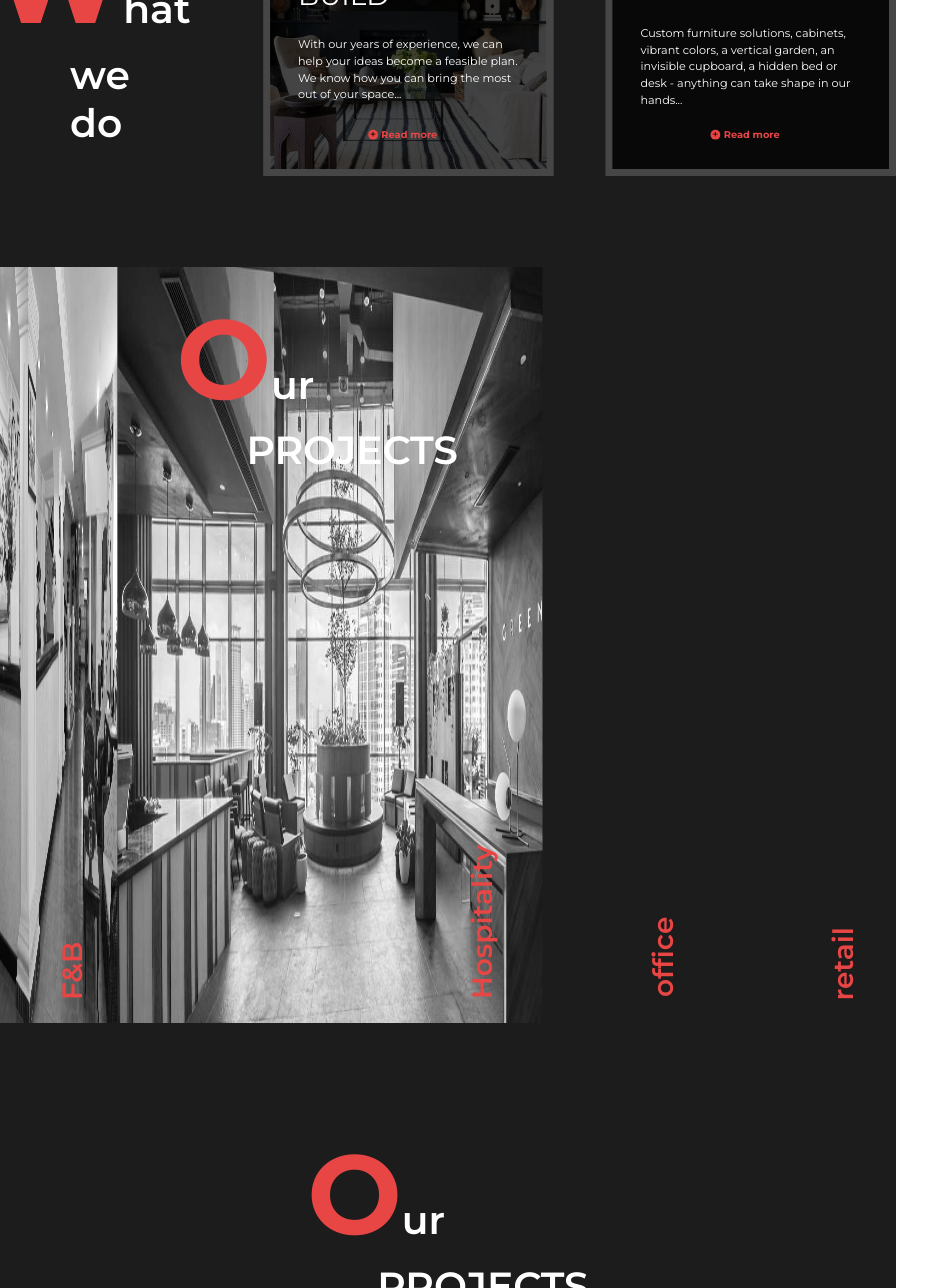
Repository: iphoneboy46/demoMonaFigma
Page: index.html
The author's editor kept a copy of each file at every save. The page is drawn from the files as they stood at one save, then again after the next save.
The browser window is 1280 px wide. The page is 1330 px wide, so the pictures cover 1330 px, including what lies to the right of the window. The pictures show the part of the page from y = 2289 to 4129 px (the page is 5304 px tall), at 70% of full size.
The pointer rests on the first visible `.section_img-2`.
Some web libraries are served in a nearby version.

Above is the page before, as saved 2023-03-20 21:59:09.

After the next save:
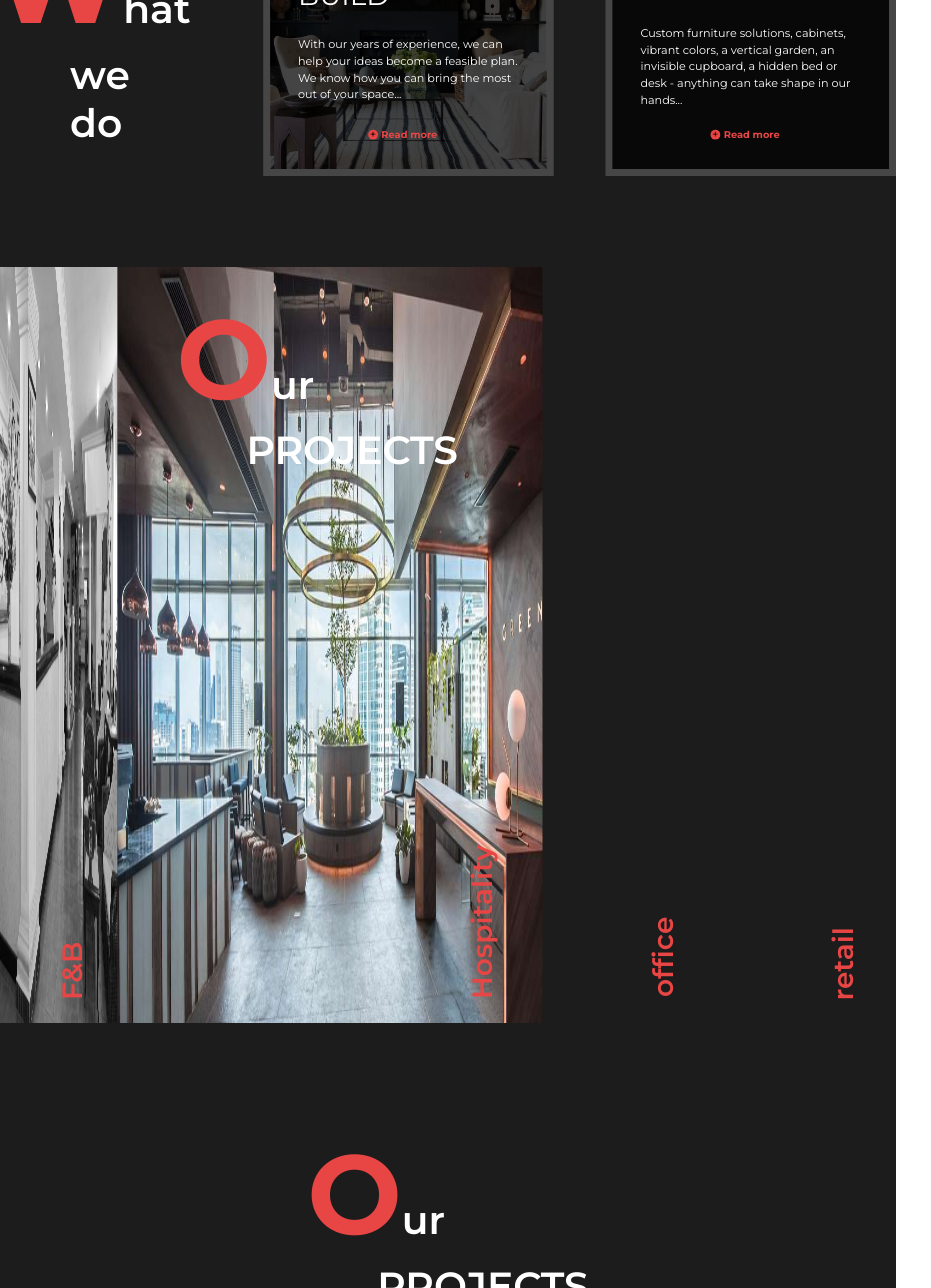
Saved 8 s later.
--- a/style.css
+++ b/style.css
@@ -795,7 +795,7 @@
 
 }
 
-.section_img-2:hover > .img-1-color {
+.section_img-2:hover > .img-2-color {
 
   filter: grayscale(0%);
 }
